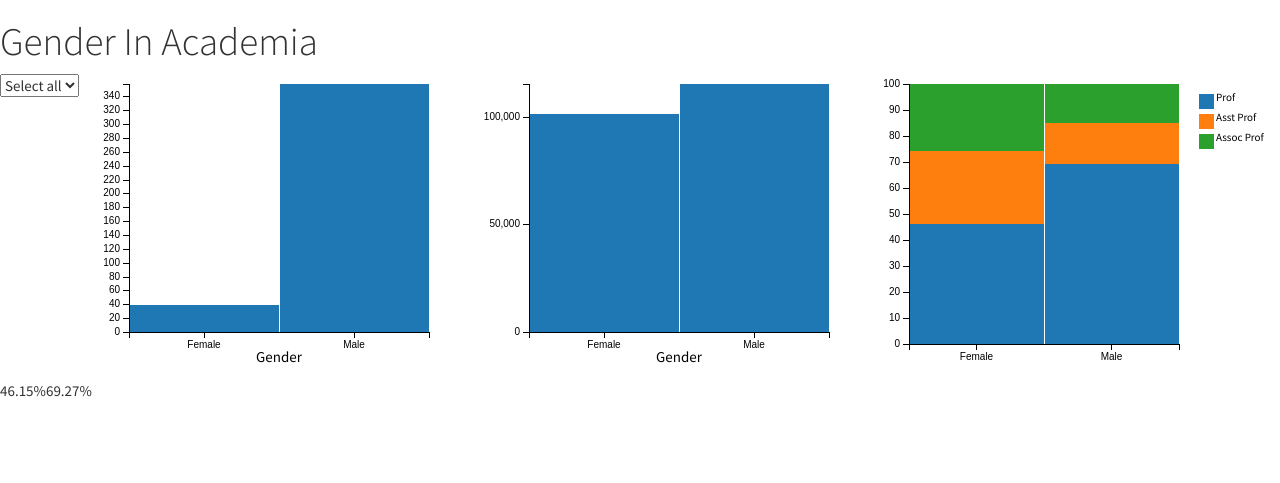
Repository: adonegan/dashboard
Page: index.html
The author's editor kept a record of every edit. The page is drawn from the files as they stood at one moment, then again after the next edit.
The browser window is 1280 px wide. The pictures show the whole page.

Above is the page before.

After the next edit:
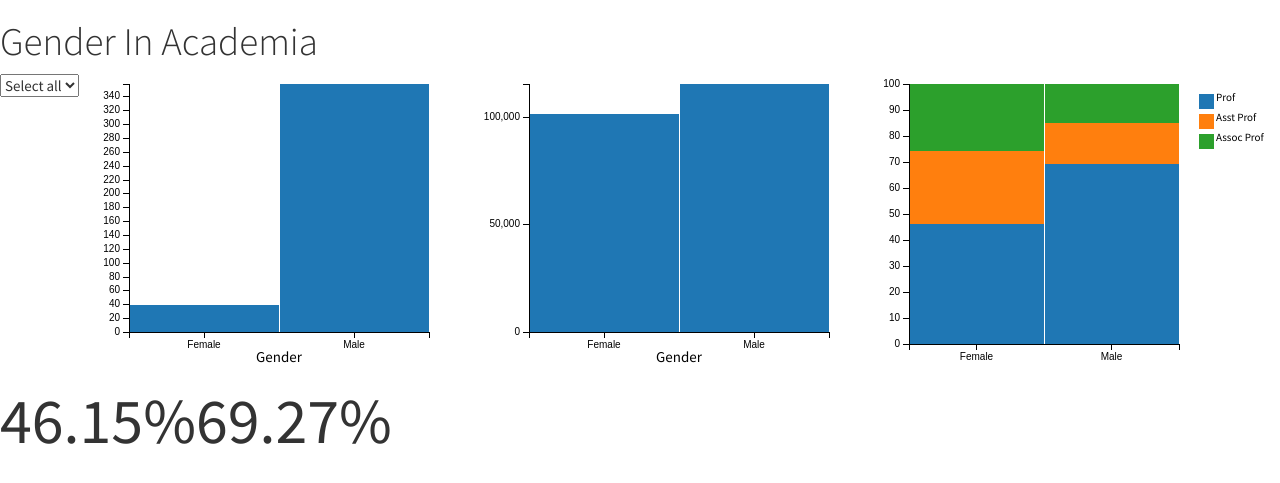
The edit:
--- a/index.html
+++ b/index.html
@@ -8,6 +8,7 @@
 
     <link rel="stylesheet" href="static/css/bootstrap.min.css" type="text/css" />
     <link rel="stylesheet" href="static/css/dc.min.css" type="text/css" />
+    <link rel="stylesheet" href="static/css/style.css" type="text/css" />
 
     <script type="text/javascript" src="static/js/d3.min.js"></script>
     <script type="text/javascript" src="static/js/crossfilter.min.js"></script>
